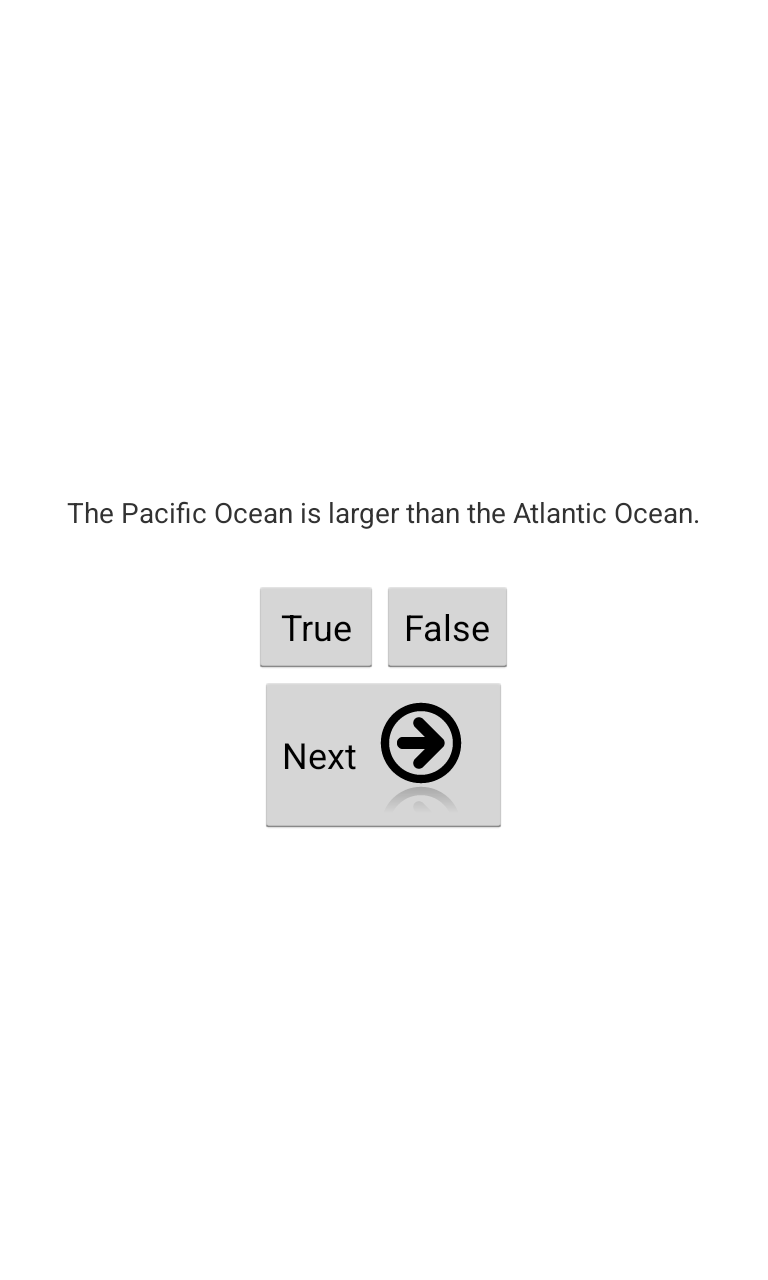
Repository: amukoseev/Android_projects
Layout: GeoQuiz/res/layout/activity_quiz.xml
These files come from the project's save history. The layout is drawn as it stood at one moment and after the next save; the edit follows.
It is drawn on a 768 x 1280 px phone screen (xhdpi) without system bars, with theme AppTheme; the app's code is not run.

Above is the layout before, as saved 2014-12-03 17:48:04.

### GeoQuiz/res/layout/activity_quiz.xml
<LinearLayout xmlns:android="http://schemas.android.com/apk/res/android"
    xmlns:tools="http://schemas.android.com/tools"
    android:layout_width="match_parent"
    android:layout_height="match_parent"
	android:gravity="center"
	android:orientation="vertical"
    tools:context=".QuizActivity" >

    <TextView
        android:id="@+id/question_text_view"
        android:layout_width="wrap_content"
        android:layout_height="wrap_content"
        android:text="@string/question_oceans"
        android:padding="24dp" />

	<LinearLayout
		android:layout_width="wrap_content"
		android:layout_height="wrap_content"
		android:orientation="horizontal" >
		<Button
			android:id="@+id/true_button"
			android:layout_width="wrap_content"
			android:layout_height="wrap_content"
			android:text="@string/true_button" />
		<Button
			android:id="@+id/false_button"
			android:layout_width="wrap_content"
			android:layout_height="wrap_content"
			android:text="@string/false_button" />
	</LinearLayout>
	<Button
		android:id="@+id/next_button"
		android:layout_width="wrap_content"
		android:layout_height="wrap_content"
		android:text="@string/next_button"
		android:drawableRight="@drawable/arrow_right"
		 />
</LinearLayout>

### GeoQuiz/res/values/strings.xml
<?xml version="1.0" encoding="utf-8"?>
<resources>

    <string name="app_name">GeoQuiz</string>
    <string name="action_settings">Settings</string>
    <string name="hello_world">Hello!</string>
    <string name="true_button">True</string>
    <string name="false_button">False</string>
	<string name="next_button">Next</string>
	<string name="prev_button">Back</string>
	<string name="correct_toast">Correct!</string>
	<string name="incorrect_toast">Incorrect!</string>
	<string name="menu_settings">Settings</string>
	<string name="question_oceans">The Pacific Ocean is larger than the Atlantic Ocean.</string>
	<string name="question_mideast">The Suez Canal connects the Red Sea and the Indian Ocean.</string>
	<string name="question_africa">The source of the Nile River is in Egypt.</string>
	<string name="question_americas">The Amazon River is the longest river in the Americas.</string>
	<string name="question_asia">Lake Baikal is the world\'s oldest and deepest freshwater lake.</string>

</resources>

Loaded but not shown: GeoQuiz/res/values/styles.xml (common file); GeoQuiz/res/values-v11/styles.xml (common file); GeoQuiz/res/values-v14/styles.xml (common file)

After the next save:
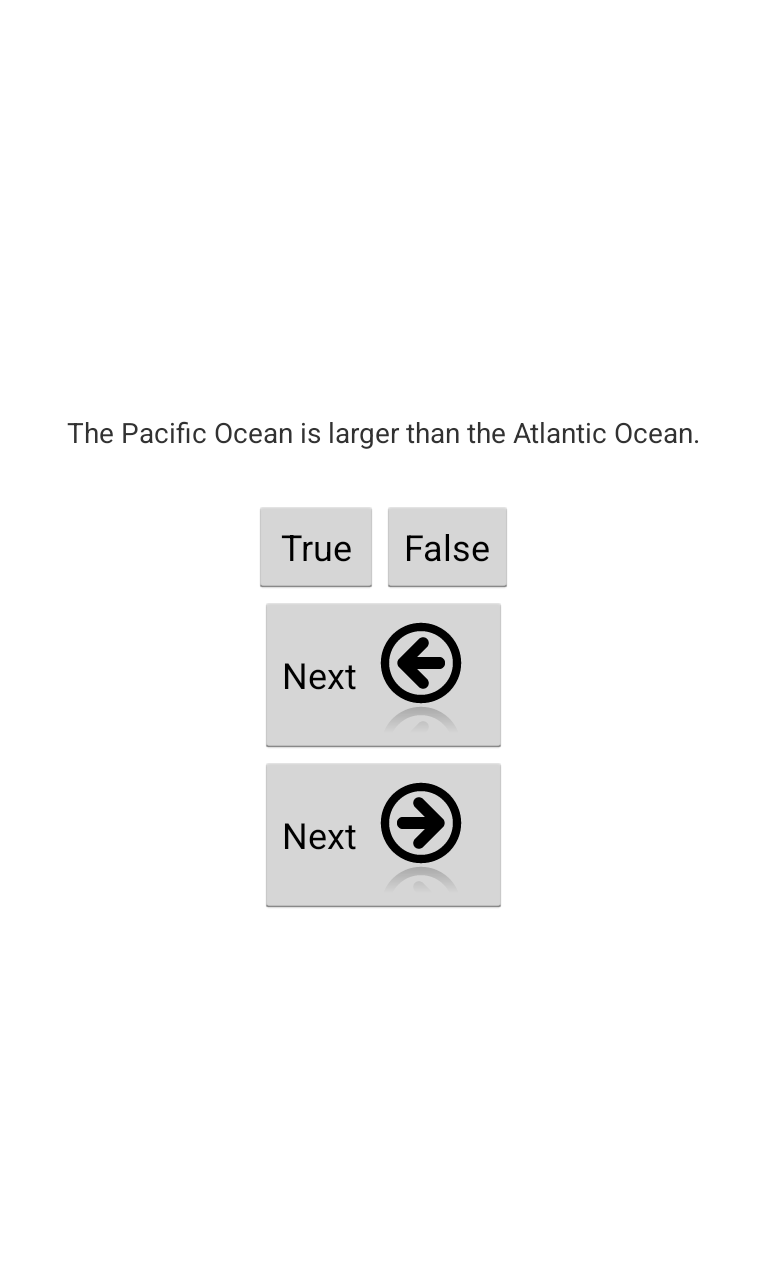
Saved 5 s later.
--- a/GeoQuiz/res/layout/activity_quiz.xml
+++ b/GeoQuiz/res/layout/activity_quiz.xml
@@ -29,6 +29,13 @@
 			android:text="@string/false_button" />
 	</LinearLayout>
 	<Button
+		android:id="@+id/prev_button"
+		android:layout_width="wrap_content"
+		android:layout_height="wrap_content"
+		android:text="@string/next_button"
+		android:drawableRight="@drawable/arrow_left"
+		 />
+	<Button
 		android:id="@+id/next_button"
 		android:layout_width="wrap_content"
 		android:layout_height="wrap_content"
